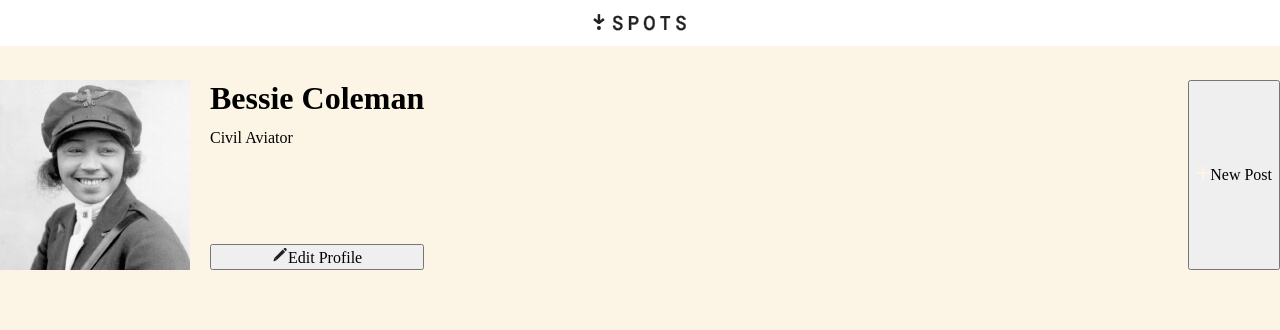
Repository: riffey55/se_project_spots
Page: index.html
These files come from the project's save history. The page is drawn as it stood at one moment and after the next save; the edit follows.
The browser window is 1280 px wide. The pictures show the whole page.

Above is the page before, as saved 2025-05-19 17:18:23.

### index.html
<!DOCTYPE html>
<html lang="en">
  <head>
    <meta charset="UTF-8" />
    <meta name="viewport" content="width=device-width, initial-scale=1.0" />
    <meta name="description" content="????" />
    <meta name="author" content="Beren Riffey" />
    <meta name="keywords" content="HTML, CSS. ??" />
    <link rel="stylesheet" href="./pages/index.css" />
    <link rel="icon" type="image/x-icon" href="favicon.ico" />
    <title>Spots</title>
  </head>
  <body>
    <div class="page">
      <header class="header">
        <img src="./images/Logo.svg" alt="Spot logo" class="header__logo" />
      </header>
      <main class="content">
        <section class="profile page__section">
          <img
            src="./images/avatar.jpg"
            alt="Bessie Coleman avatar"
            class="profile__avatar"
          />
          <div class="profile__column">
            <h1 class="profile__name">Bessie Coleman</h1>
            <p class="profile__description">Civil Aviator</p>
            <button class="profile__edit-btn">
              <img src="./images/pencil.svg" alt="Pencil icon" />Edit Profile
            </button>
          </div>
          <button class="profile__add-btn">
            <img src="./images/plus.svg" alt="Plus icon" class="" />New Post
          </button>
        </section>
      </main>
      <footer class="footer"></footer>
    </div>
  </body>
</html>

### pages/index.css
@import url(..vendor/normalize.css);
@import url(../blocks/page.css);
@import url(../blocks/header.css);
@import url(../blocks/profile.css);

### blocks/page.css
.page {
  background-color: #fcf5e5;
  min-height: 100vh;
}

.page__section {
  margin: 0 auto;
  max-width: 1280px;
}

### blocks/profile.css
.profile {
  display: flex;
  padding: 34px 0 20px;
  border-bottom: 1px;
  #21212166;
}

.profile__avatar {
  margin-right: 20px;
}

.profile__column {
  display: flex;
  flex-direction: column;
}

.profile__name {
  margin: 0 0 12px;
}

.profile__description {
  margin: 0;
}

.profile__edit-btn {
  margin-top: auto;
}

.profile__add-btn {
  margin-left: auto;
}

Loaded but not shown: vendor/normalize.css (library); blocks/header.css (common file)

After the next save:
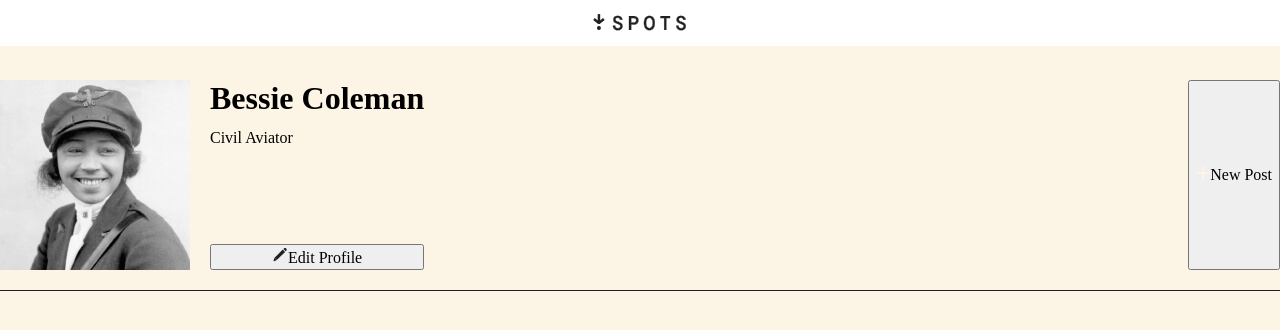
Saved 66 s later.
--- a/blocks/profile.css
+++ b/blocks/profile.css
@@ -1,8 +1,7 @@
 .profile {
   display: flex;
   padding: 34px 0 20px;
-  border-bottom: 1px;
-  #21212166;
+  border-bottom: 1px #212121 solid;
 }
 
 .profile__avatar {

After the save that followed:
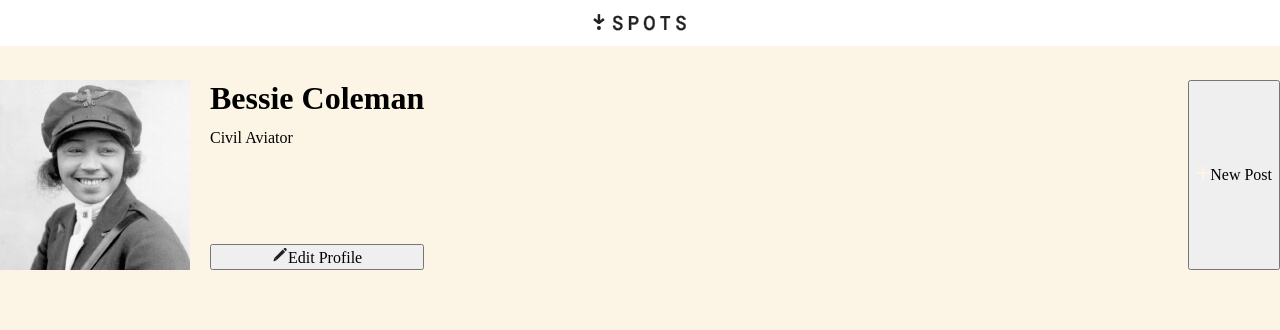
Saved 114 s later.
--- a/blocks/profile.css
+++ b/blocks/profile.css
@@ -1,7 +1,7 @@
 .profile {
   display: flex;
   padding: 34px 0 20px;
-  border-bottom: 1px #212121 solid;
+  border-bottom: 1px rgb(33, 33, 33 0.4) solid;
 }
 
 .profile__avatar {
